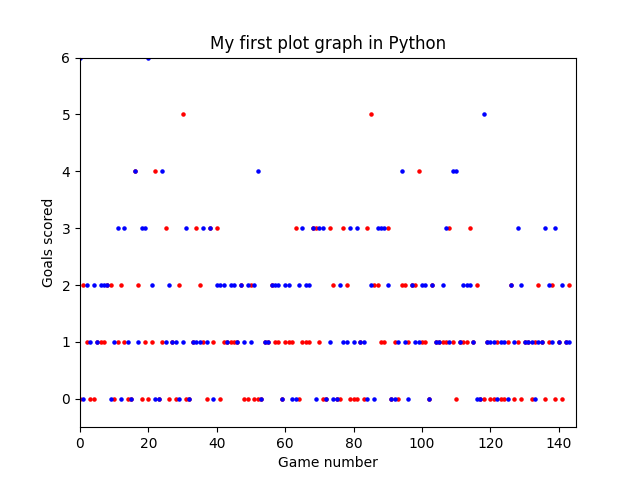
Repository: nelsonalexandrino/python_matplotlib_datavisualization_
Script's output: python LineAndScatterSplots.py
The author's editor kept a copy of each file at every save. The script's output is drawn from the files as they stood at one save, then again after the next save.
Random numbers start from a fixed seed.

Above is the script's output before, as saved 2019-08-25 11:46:48.

### LineAndScatterSplots.py
import matplotlib.pyplot as pyplot

with open('Goals.txt', 'r') as file:
    HomeTeamGoals = [int(x) for x in file.readline().strip(
        '\n').strip(' ').split(' ')]
    AwayTeamGoals = [int(x) for x in file.readline().strip(
        '\n').strip(' ').split(' ')]

xAxis = []
for i in range(len(HomeTeamGoals)):
    xAxis.append(i)

#pyplot.plot(xAxis, AwayTeamGoals, c='red')
pyplot.scatter(xAxis, AwayTeamGoals, c='red', s=5)
pyplot.title('My first plot graph in Python')
pyplot.scatter(xAxis, HomeTeamGoals, c='blue', s=5)
pyplot.xlim(0, 145)
pyplot.ylim(-0.5, 6)
pyplot.xlabel('Game number')
pyplot.ylabel('Goals scored')
pyplot.show()

### Goals.txt
6 0 2 1 2 1 2 2 2 0 1 3 0 3 1 0 4 1 3 3 6 2 0 0 4 1 2 1 1 0 1 3 0 1 1 1 3 1 3 0 2 2 2 1 2 2 1 2 1 2 1 2 4 0 1 1 2 2 2 0 2 2 0 0 2 3 2 2 3 0 3 3 0 1 0 0 2 1 1 3 1 3 1 1 0 2 0 3 3 3 2 0 0 1 4 1 0 2 1 1 2 2 0 2 1 1 2 3 1 4 4 1 2 2 2 1 0 0 5 1 1 1 0 1 1 0 2 1 3 2 1 1 1 0 1 1 3 2 1 3 1 2 1 1
0 2 1 0 0 1 1 1 2 2 0 1 2 1 0 0 4 2 0 1 0 1 4 0 1 3 0 1 0 2 5 0 0 1 3 2 1 0 3 1 3 0 1 1 1 1 1 2 0 0 2 0 0 0 1 1 2 1 1 0 1 1 1 3 0 1 1 1 3 3 1 0 0 3 2 0 0 3 2 0 0 0 1 0 3 5 2 2 1 1 3 0 1 0 2 2 1 2 2 4 1 1 0 2 1 1 1 1 3 1 0 1 1 1 3 1 2 0 0 1 0 0 1 0 0 1 2 0 1 0 1 1 0 1 2 1 0 1 2 0 1 0 1 2

After the next save:
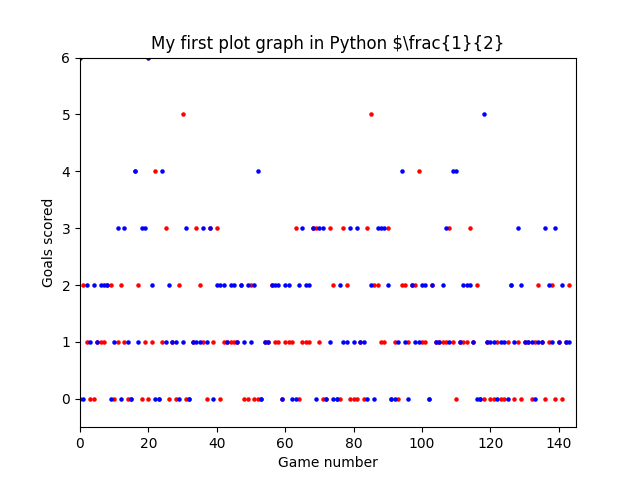
Saved 80 s later.
--- a/LineAndScatterSplots.py
+++ b/LineAndScatterSplots.py
@@ -12,7 +12,7 @@ for i in range(len(HomeTeamGoals)):
 
 #pyplot.plot(xAxis, AwayTeamGoals, c='red')
 pyplot.scatter(xAxis, AwayTeamGoals, c='red', s=5)
-pyplot.title('My first plot graph in Python')
+pyplot.title(r'My first plot graph in Python $\frac{1}{2}')
 pyplot.scatter(xAxis, HomeTeamGoals, c='blue', s=5)
 pyplot.xlim(0, 145)
 pyplot.ylim(-0.5, 6)
